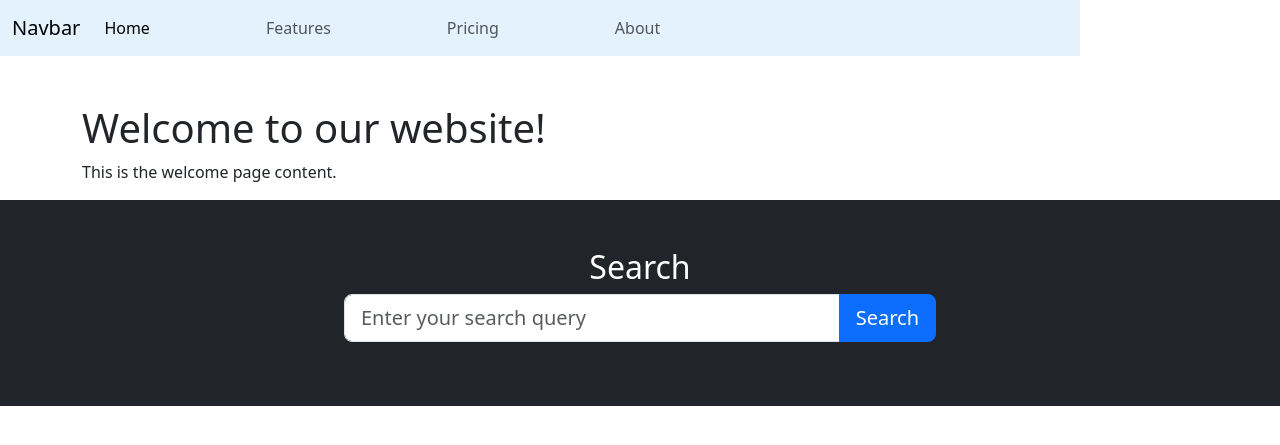
Repository: gyfffffff/meishimeike_test
Page: meishimeike/hello.html
An editor plug-in stored every save of this project. The page is shown before and after the next save, followed by the edit.
The browser window is 1280 px wide. The pictures show the whole page.

Above is the page before, as saved 2023-07-13 10:46:11.

### meishimeike/hello.html
<!DOCTYPE html>
<html lang="en">

<head>
    <meta charset="UTF-8">
    <meta name="viewport" content="width=device-width, initial-scale=1.0">
    <link rel="stylesheet" href="https://cdn.jsdelivr.net/npm/bootstrap@5.3.0/dist/css/bootstrap.min.css">
    <style>
        .navbar {
            margin-right: 200px;
            /* 调整导航栏与其他内容的间距 */
        }

        .navbar-nav li {
            margin-right: 100px;
            /* 调整右侧间距 */
        }
    </style>

    <title>美食每刻</title>
</head>

<body>
    <nav class="navbar navbar-expand-lg" style="background-color: #e3f2fd;" data-bs-theme="light">
        <div class="container-fluid">
            <a class="navbar-brand" href="#">Navbar</a>
            <button class="navbar-toggler collapsed" type="button" data-bs-toggle="collapse"
                data-bs-target="#navbarColor03" aria-controls="navbarColor03" aria-expanded="false"
                aria-label="Toggle navigation">
                <span class="navbar-toggler-icon"></span>
            </button>
            <div class="navbar-collapse collapse" id="navbarColor03" style="">
                <ul class="navbar-nav me-auto mb-2 mb-lg-0">
                    <li class="nav-item">
                        <a class="nav-link active" aria-current="page" href="#">Home</a>
                    </li>
                    <li class="nav-item">
                        <a class="nav-link" href="#">Features</a>
                    </li>
                    <li class="nav-item">
                        <a class="nav-link" href="#">Pricing</a>
                    </li>
                    <li class="nav-item">
                        <a class="nav-link" href="#">About</a>
                    </li>
                </ul>
                <!-- <form class="d-flex" role="search">
                    <input class="form-control me-2" type="search" placeholder="Search" aria-label="Search">
                    <button class="btn btn-outline-primary" type="submit">Search</button>
                </form> -->
            </div>
        </div>
    </nav>

    <div class="container mt-5">
        <h1>Welcome to our website!</h1>
        <p>This is the welcome page content.</p>
    </div>

    <div class="container-fluid bg-dark text-center p-5">
        <h2 class="text-white">Search</h2>
        <div class="input-group mb-3 w-50 mx-auto">
            <input type="text" class="form-control form-control-lg" placeholder="Enter your search query">
            <button class="btn btn-primary btn-lg" type="button">Search</button>
        </div>
    </div>

    <script src="https://cdn.jsdelivr.net/npm/bootstrap@5.3.0/dist/js/bootstrap.bundle.min.js"></script>
</body>

</html>

After the next save:
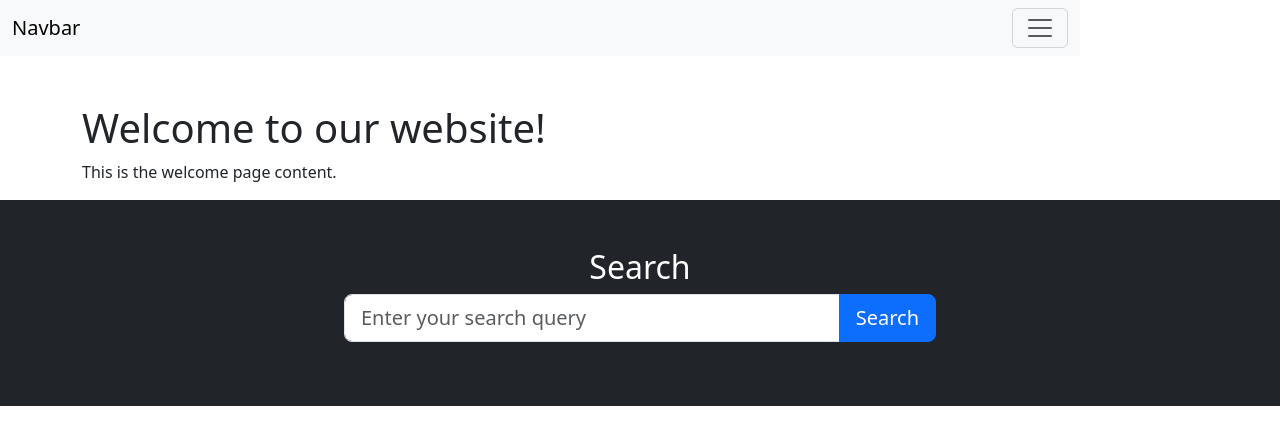
Saved 79 s later.
--- a/meishimeike/hello.html
+++ b/meishimeike/hello.html
@@ -21,7 +21,7 @@
 </head>
 
 <body>
-    <nav class="navbar navbar-expand-lg" style="background-color: #e3f2fd;" data-bs-theme="light">
+    <nav class="navbar bg-body-tertiary" style="background-color: #e3f2fd;" data-bs-theme="light">
         <div class="container-fluid">
             <a class="navbar-brand" href="#">Navbar</a>
             <button class="navbar-toggler collapsed" type="button" data-bs-toggle="collapse"

After the save that followed:
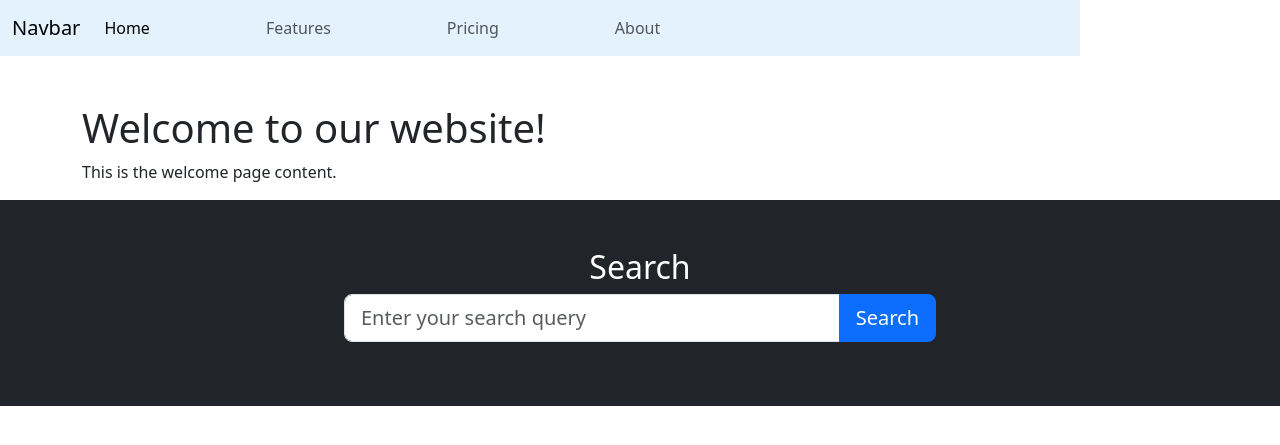
Saved 9 s later.
--- a/meishimeike/hello.html
+++ b/meishimeike/hello.html
@@ -21,7 +21,7 @@
 </head>
 
 <body>
-    <nav class="navbar bg-body-tertiary" style="background-color: #e3f2fd;" data-bs-theme="light">
+    <nav class="navbar navbar-expand-lg" style="background-color: #e3f2fd;" data-bs-theme="light">
         <div class="container-fluid">
             <a class="navbar-brand" href="#">Navbar</a>
             <button class="navbar-toggler collapsed" type="button" data-bs-toggle="collapse"
